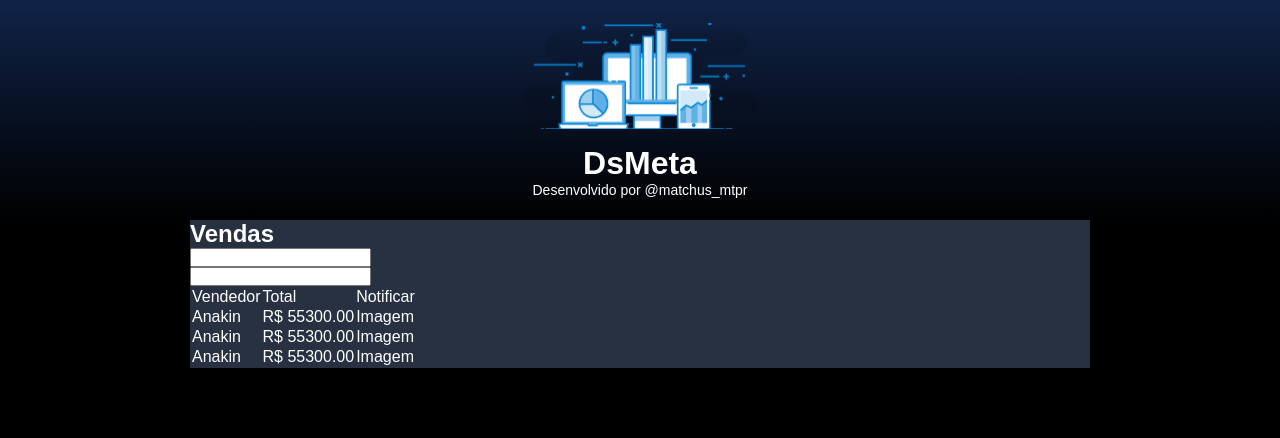
Repository: MatheusAlvesPereiraRosa/ds-meta
Page: index.html
An editor plug-in stored every save of this project. The page is shown before and after the next save, followed by the edit.
The browser window is 1280 px wide. The pictures show the whole page.

Above is the page before, as saved 2022-09-01 11:46:56.

After the next save:
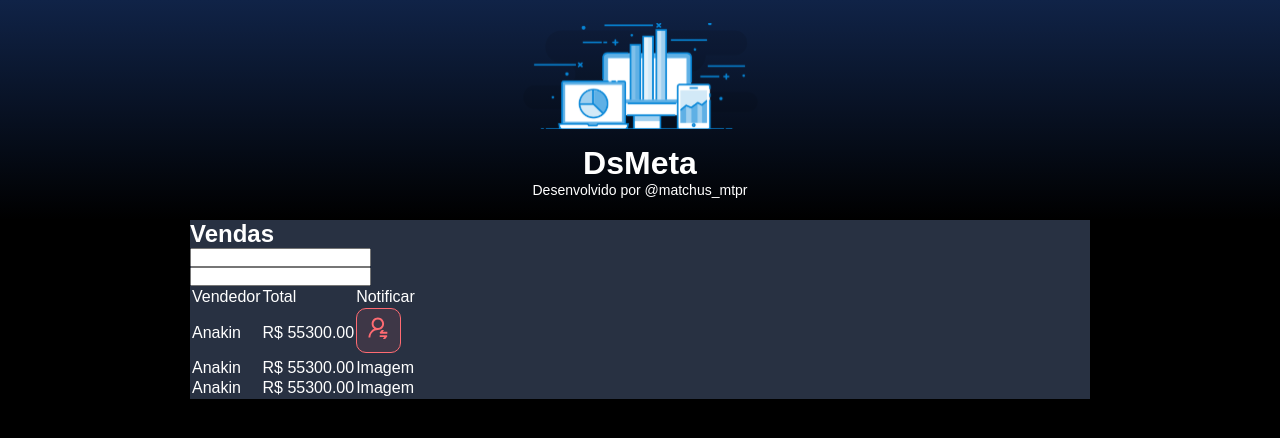
Saved 3 min 15 s later.
--- a/index.html
+++ b/index.html
@@ -48,7 +48,7 @@
                   <tr>
                     <td>Anakin</td>
                     <td>R$ 55300.00</td>
-                    <td>Imagem</td>
+                    <td><img src="icon.svg" alt="Notificar" /></td>
                   </tr>
                   <tr>
                     <td>Anakin</td>
